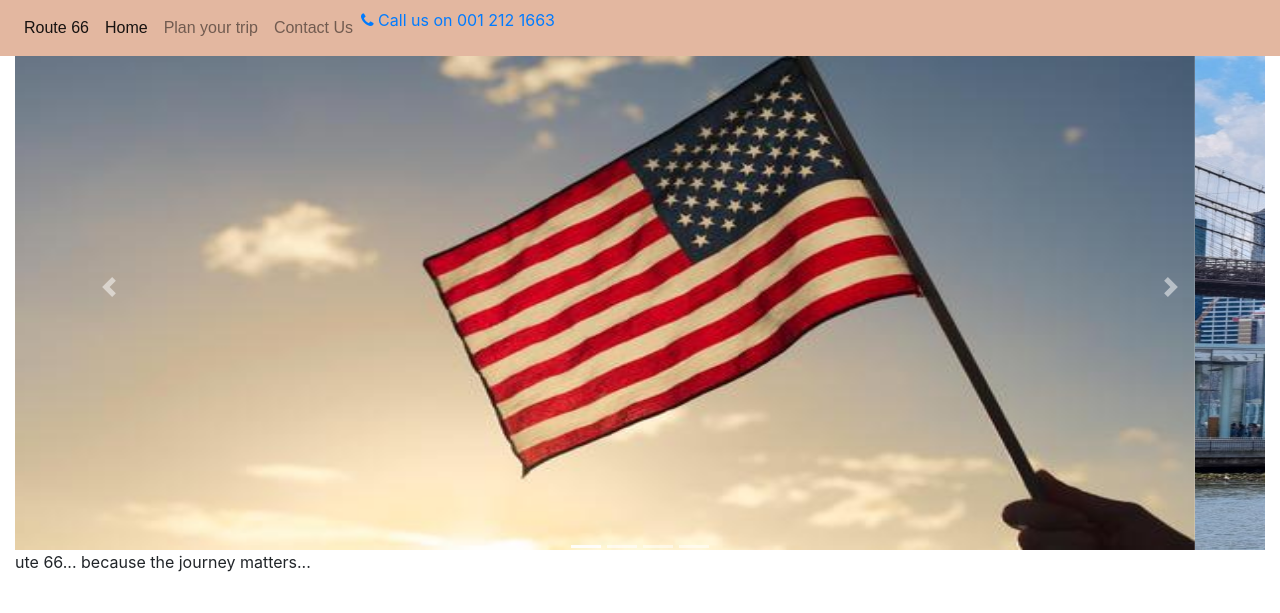
Repository: Code-Institute-Submissions/Javascript-milestone-project-2
Page: index.html
The author's editor kept a record of every edit. The page is drawn from the files as they stood at one moment, then again after the next edit.
The browser window is 1280 px wide. The pictures show the whole page.
Some web fonts or font styles are not loaded; a fallback is used. Some web libraries are served in a nearby version.

Above is the page before.

### index.html
<!DOCTYPE html>
<html lang="en">

<head>
    <meta charset="UTF-8">
    <meta name="viewport" content="width=device-width, initial-scale=1.0">
    <meta http-equiv="X-UA-Compatible" content="ie=edge">
    <link rel="stylesheet" href="https://stackpath.bootstrapcdn.com/bootstrap/4.3.1/css/bootstrap.min.css" type="text/css" />
    <link rel="stylesheet" href="https://cdnjs.cloudflare.com/ajax/libs/hover.css/2.3.1/css/hover-min.css" type="text/css" />
    <link rel="stylesheet" href="https://stackpath.bootstrapcdn.com/font-awesome/4.7.0/css/font-awesome.min.css" type="text/css" />
    <link href="https://fonts.googleapis.com/css?family=Dosis&display=swap" rel="stylesheet">
    <link href="https://fonts.googleapis.com/css?family=Philosopher|Yeon+Sung|ZCOOL+XiaoWei&display=swap" rel="stylesheet">
    <link rel="stylesheet" href="css/style.css" type="text/css" />
    <title>Travel Route 66</title>
</head>

<body>

    <header>
        <nav class="navbar navbar-expand-lg navbar-light">
            <button class="navbar-toggler" type="button" data-toggle="collapse" data-target="#navbarNav" aria-controls="navbarNav" aria-expanded="false" aria-label="Toggle navigation">
    <span class="navbar-toggler-icon"></span>
  </button>
            <div class="collapse navbar-collapse" id="navbarNav">
                <ul class="navbar-nav">
                    <li class="nav-item active">
                        <a class="nav-link" href="#"><span>Route 66</span></a>
                    </li>
                    <li class="nav-item active">
                        <a class="nav-link" href="#"><span>Home</span></a>
                    </li>
                    <li class="nav-item">
                        <a class="nav-link" href="#"><span>Plan your trip</span></a>
                    </li>
                    <li class="nav-item">
                        <a class="nav-link" href="#"><span>Contact Us</span></a>
                    </li>
                    <li class="nav-item">
                        <a class="navlink" href="#"><span><i class="fa fa-phone"></i> Call us on 001 212 1663</span></a>
                    </li>
                </ul>
            </div>
        </nav>
  <div class="container-fluid">
      <div id="myCarousel" class="carousel slide" data-ride="carousel">
          <ul class="carousel-indicators">
              <li data-target="#myCarousel" data-slide-to="0" class="active"></li>
              <li data-target="#myCarousel" data-slide-to="1"></li>
              <li data-target="#myCarousel" data-slide-to="2"></li>
              <li data-target="#myCarousel" data-slide-to="3"></li>
          </ul>
          <div class="carousel-inner">
              <div class="carousel-item active">
                  <img src="images/slide1.jpg" alt="mainimage" width="100%" height="550">
                  <div class="title">Travel Route 66... because the journey matters...</div>
              </div>
              <div class="carousel-item">
                  <img src="images/slide2.jpg" alt="highway" width="100%" height="550">
              </div>
              <div class="carousel-item">
                  <img src="images/slide3.jpg" alt="sunsetcanyon" width="100%" height="550">
              </div>
              <div class="carousel-item">
                  <img src="images/slide4.jpg" alt="signontheroad" width="100%" height="550">
              </div>
              <a class="carousel-control-prev" href="#myCarousel" data-slide="prev">
      <span class="carousel-control-prev-icon"></span>
    </a>
              <a class="carousel-control-next" href="#myCarousel" data-slide="next">
      <span class="carousel-control-next-icon"></span>
    </a>
          </div>
      </div>
  </div>
  </div>

  </header>


    <script src="https://code.jquery.com/jquery-3.2.1.slim.min.js" integrity="sha384-KJ3o2DKtIkvYIK3UENzmM7KCkRr/rE9/Qpg6aAZGJwFDMVNA/GpGFF93hXpG5KkN" crossorigin="anonymous"></script>
    <script src="https://cdnjs.cloudflare.com/ajax/libs/popper.js/1.12.9/umd/popper.min.js" integrity="sha384-ApNbgh9B+Y1QKtv3Rn7W3mgPxhU9K/ScQsAP7hUibX39j7fakFPskvXusvfa0b4Q" crossorigin="anonymous"></script>
    <script src="https://maxcdn.bootstrapcdn.com/bootstrap/4.0.0/js/bootstrap.min.js" integrity="sha384-JZR6Spejh4U02d8jOt6vLEHfe/JQGiRRSQQxSfFWpi1MquVdAyjUar5+76PVCmYl" crossorigin="anonymous"></script>
</body>

</html>

### css/style.css

/* ---------------------------------------------------home.html */


.homeimage {
    width: 100%;
}

.centered {
  position: absolute;
  top: 40%;
  left: 50%;
  transform: translate(-50%, -100%);
  color: #f0f1f2;
  font-family: 'Poppins', sans-serif;
  font-size: 70px;
  background: rgba(0, 0, 0, 0);
  text-shadow: 2px 2px grey;
  text-align: center;

}

.centered2 {
   position: absolute;
  top: 60%;
  left: 50%;
  transform: translate(-50%, -100%);
  color: #f0f1f2;
  font-family: 'Poppins', sans-serif;
  font-size: 40px;
  background: rgba(0, 0, 0, 0);
  text-shadow: 2px 2px grey;
  text-align: center;
}

#homebutton {
    background-color: #FF7F50;
    text-align: center;
    margin-right: 40px;
    font-size: 20px;
    margin-top: 20px;
    border-radius: 30px;
}


/* ---------------------------------------------------navbar */


.navbar {
    margin: 0;
    border: 0;
    background-color: #e3b7a0;
    color: #003366;
    position: fixed;
    z-index: 10;
    width: 100%;

}

.nav-link {
     font-family: 'Poppins', sans-serif;
      color: #003366;
}



/* ---------------------------------------------------Image Carousel */

.carousel-inner img {
      width: 100%;
}

#myCarousel {
    margin: 0;
    padding: 0;
}

.carousel-item {
      position: relative;
      margin-right: -100%;
      width: 100%;
}

.carousel-caption {
     text-align: center;
     color: #FFc107;
     font-weight: 700;
     padding-bottom: 100px;
     margin-bottom: 30px;
}






/* ---------------------------------------------------Title across image carousel */









/* ---------------------------------------------------About Travel Route 66 section */








/* ---------------------------------------------------image cards that fade to text and paragraph of text below */









/* ---------------------------------------------------Reviews */










/* ---------------------------------------------------radio buttons and selections */










/* ---------------------------------------------------Google Map */







/* ---------------------------------------------------cards with package deals */








/* ---------------------------------------------------Footer */

After the next edit:
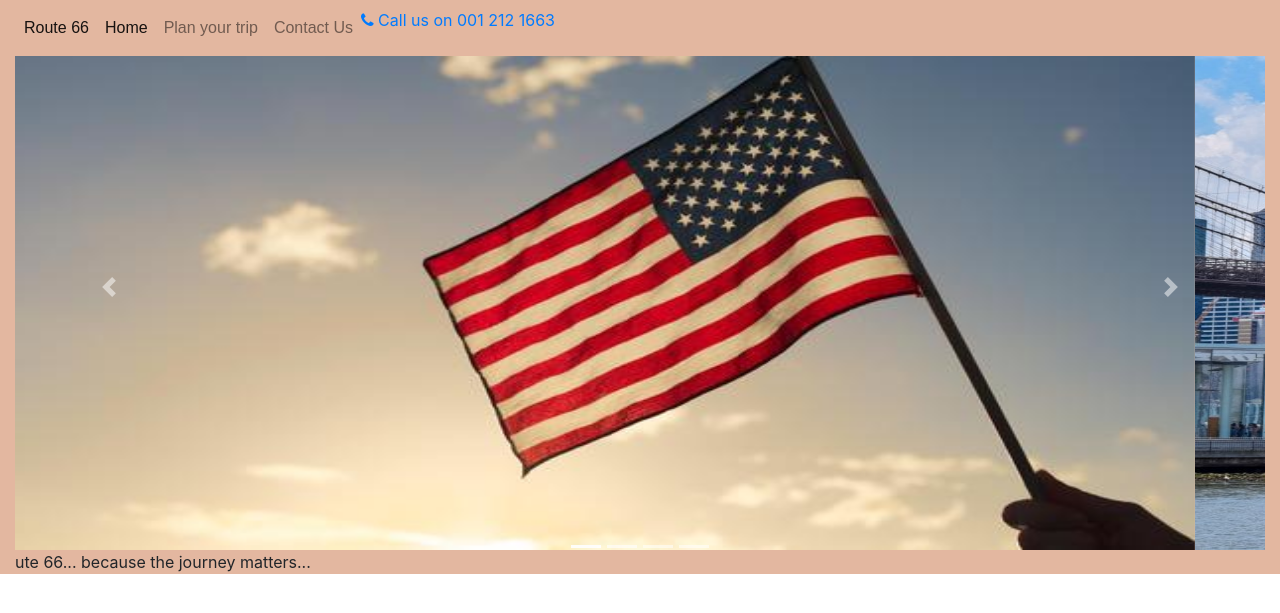
The edit:
--- a/css/style.css
+++ b/css/style.css
@@ -89,7 +89,9 @@
      margin-bottom: 30px;
 }
 
-
+.container-fluid {
+    background-color: #e3b7a0;
+}
 
 
 
